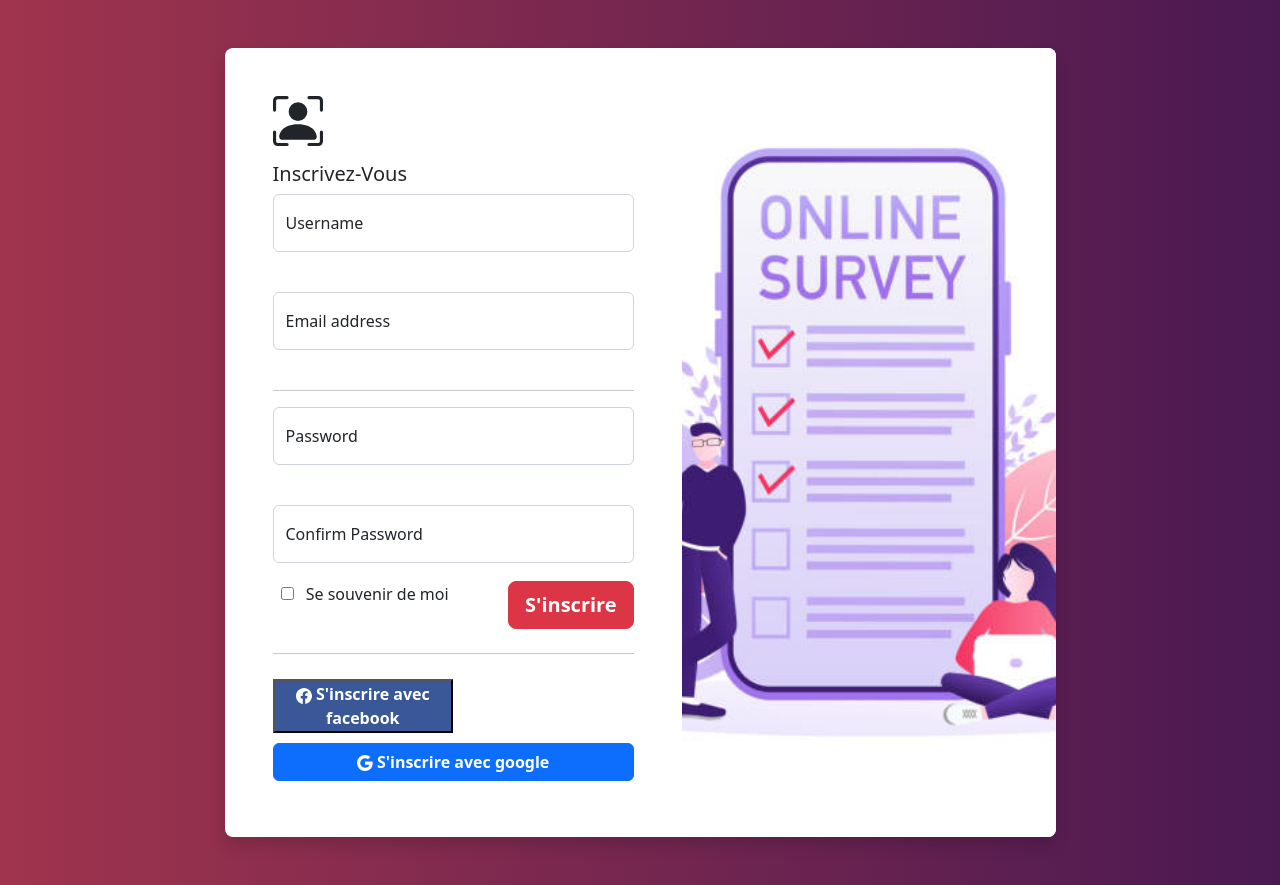
Repository: Djiamil/testsMoustaphaDER
Page: index.html
These files come from the project's save history. The page is drawn as it stood at one moment and after a run of saves; the edit follows.
The browser window is 1280 px wide. The pictures show the whole page.

Above is the page before, as saved 2022-12-09 00:52:27.

After the next 2 saves:
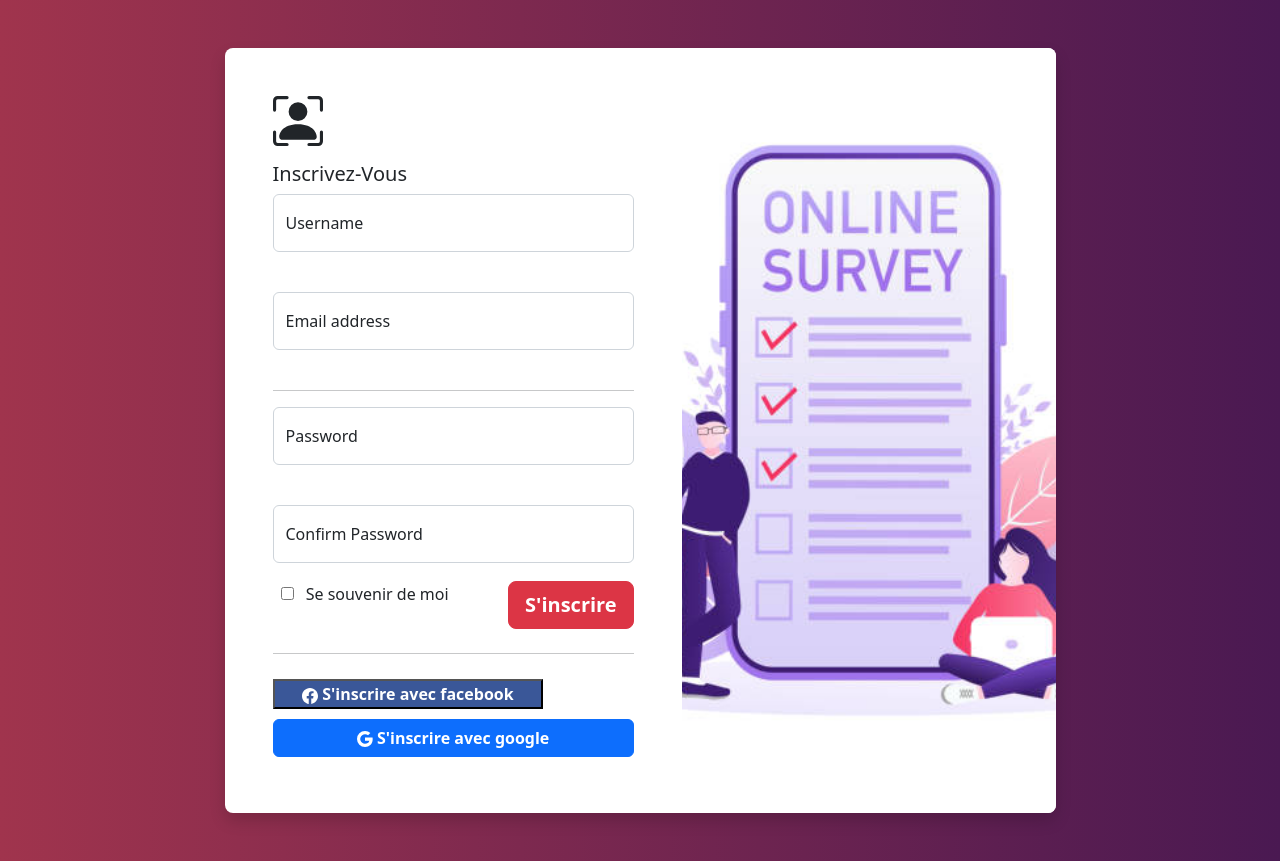
The 2 saves are shown as one change because they came seconds apart.
The last was saved 2 min 27 s later.
--- a/index.html
+++ b/index.html
@@ -58,7 +58,7 @@
 
                     <hr class="my-4">
                 </form>
-                    <div class="d-grid mb-2 w-50">
+                    <div class="d-grid mb-2 w-75">
                         <button class="btn-facebook btn-login fw-bold ">
                             <svg xmlns="http://www.w3.org/2000/svg" width="16" height="16" fill="currentColor" class="bi bi-facebook" viewBox="0 0 16 16">
                                 <path d="M16 8.049c0-4.446-3.582-8.05-8-8.05C3.58 0-.002 3.603-.002 8.05c0 4.017 2.926 7.347 6.75 7.951v-5.625h-2.03V8.05H6.75V6.275c0-2.017 1.195-3.131 3.022-3.131.876 0 1.791.157 1.791.157v1.98h-1.009c-.993 0-1.303.621-1.303 1.258v1.51h2.218l-.354 2.326H9.25V16c3.824-.604 6.75-3.934 6.75-7.951z"/>
